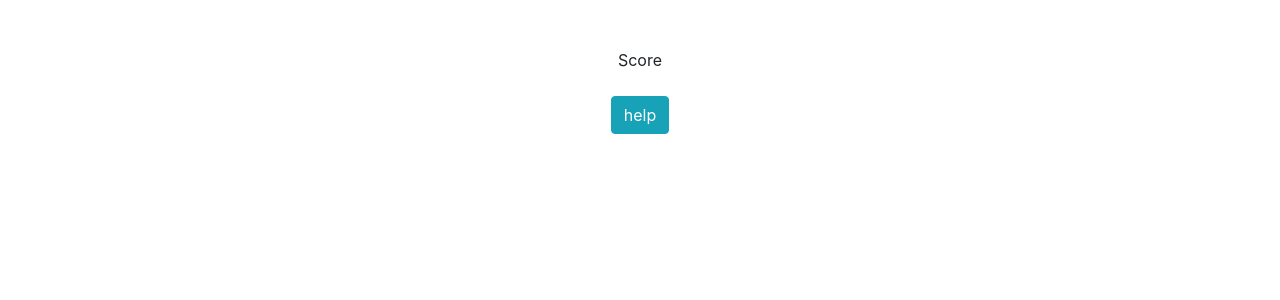
Repository: sreeramkongeseri/QuestionGame
Page: public/score.html
These files come from the project's save history. The page is drawn as it stood at one moment and after the next save; the edit follows.
The browser window is 1280 px wide. The pictures show the whole page.

Above is the page before, as saved 2021-07-20 18:30:10.

### public/score.html
<!DOCTYPE html>
<html lang="en">

<head>
  <meta charset="UTF-8" />
  <meta name="viewport" content="width=device-width, initial-scale=1.0" />
  <title>Score</title>

  <!-- Latest compiled and minified CSS -->
  <link rel="stylesheet" href="https://maxcdn.bootstrapcdn.com/bootstrap/4.5.0/css/bootstrap.min.css" />

  <!-- jQuery library -->
  <script src="https://ajax.googleapis.com/ajax/libs/jquery/3.5.1/jquery.min.js"></script>

  <!-- Popper JS -->
  <script src="https://cdnjs.cloudflare.com/ajax/libs/popper.js/1.16.0/umd/popper.min.js"></script>

  <!-- Latest compiled JavaScript -->
  <script src="https://maxcdn.bootstrapcdn.com/bootstrap/4.5.0/js/bootstrap.min.js"></script>
  <link rel="stylesheet" href="main.css" />

  <!-- Icons -->
  <link rel="stylesheet" href="https://use.fontawesome.com/releases/v5.7.0/css/all.css"
    integrity="sha384-lZN37f5QGtY3VHgisS14W3ExzMWZxybE1SJSEsQp9S+oqd12jhcu+A56Ebc1zFSJ" crossorigin="anonymous" />

  <!-- Script -->
  <script src="js/main.js"></script>

</head>

<body>
  <div class='d-flex justify-content-center p-5'>
        <div class='d-flex flex-column justify-content-center text-center'>
            <span id='score' class='pb-4'>Score</span>



        <!-- Button trigger modal -->
        <button type="button" class="btn btn-info" data-toggle="modal" data-target="#exampleModal">
                help
        </button>

  <!-- Modal -->
  <div class="modal fade" id="exampleModal"  role="dialog" aria-hidden="true">
    <div class="modal-dialog" role="document">
      <div class="modal-content">
        <div class="modal-header">
          <h5 class="modal-title" id="exampleModalLabel">Help</h5>
          <button type="button" class="close" data-dismiss="modal" aria-label="Close">
            <span aria-hidden="true">&times;</span>
          </button>
        </div>
        <div class="modal-body">
          Here's the help text.
        </div>
      </div>
    </div>
  </div>

</div>
</body>















        </div>

    </div>

</body>

### public/js/main.js
function update(list) {

    $('#question').text(list[0]);
    i = 0;
    $('.option').on('click', () => {
        if (i < list.length - 1) {
            i += 1;
            $('#question').text(list[i]);
        } else {
            $('#question').text("done!");
            $('#next').removeClass('d-none');
            $('.option').addClass('d-none');
        }
    });


}

Loaded but not shown: public/css/main.css (no copy from this time; the picture is the same without it)

After the next save:
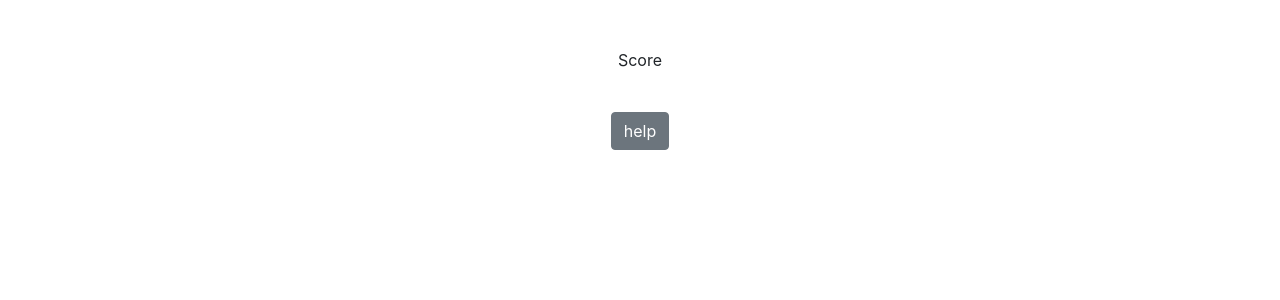
Saved 7 s later.
--- a/public/score.html
+++ b/public/score.html
@@ -35,27 +35,25 @@
 
 
 
-        <!-- Button trigger modal -->
-        <button type="button" class="btn btn-info" data-toggle="modal" data-target="#exampleModal">
-                help
-        </button>
+                   <!-- Button trigger modal -->
+                   <button type="button" class="btn btn-secondary align-self-center mt-3" data-bs-toggle="modal" data-bs-target="#exampleModal">
+                    help
+                </button>
 
-  <!-- Modal -->
-  <div class="modal fade" id="exampleModal"  role="dialog" aria-hidden="true">
-    <div class="modal-dialog" role="document">
-      <div class="modal-content">
-        <div class="modal-header">
-          <h5 class="modal-title" id="exampleModalLabel">Help</h5>
-          <button type="button" class="close" data-dismiss="modal" aria-label="Close">
-            <span aria-hidden="true">&times;</span>
-          </button>
-        </div>
-        <div class="modal-body">
-          Here's the help text.
-        </div>
-      </div>
-    </div>
-  </div>
+                <!-- Modal -->
+                <div class="modal fade" id="exampleModal" tabindex="-1" aria-labelledby="exampleModalLabel" aria-hidden="true">
+                    <div class="modal-dialog">
+                    <div class="modal-content">
+                        <div class="modal-header">
+                          <h5 class="modal-title" id="exampleModalLabel">Help</h5>
+                          <button type="button" class="btn-close" data-bs-dismiss="modal" aria-label="Close"></button>
+                        </div>
+                      <div class="modal-body">
+                          Here's some help text.
+                      </div>
+                    </div>
+                    </div>
+                </div>
 
 </div>
 </body>
